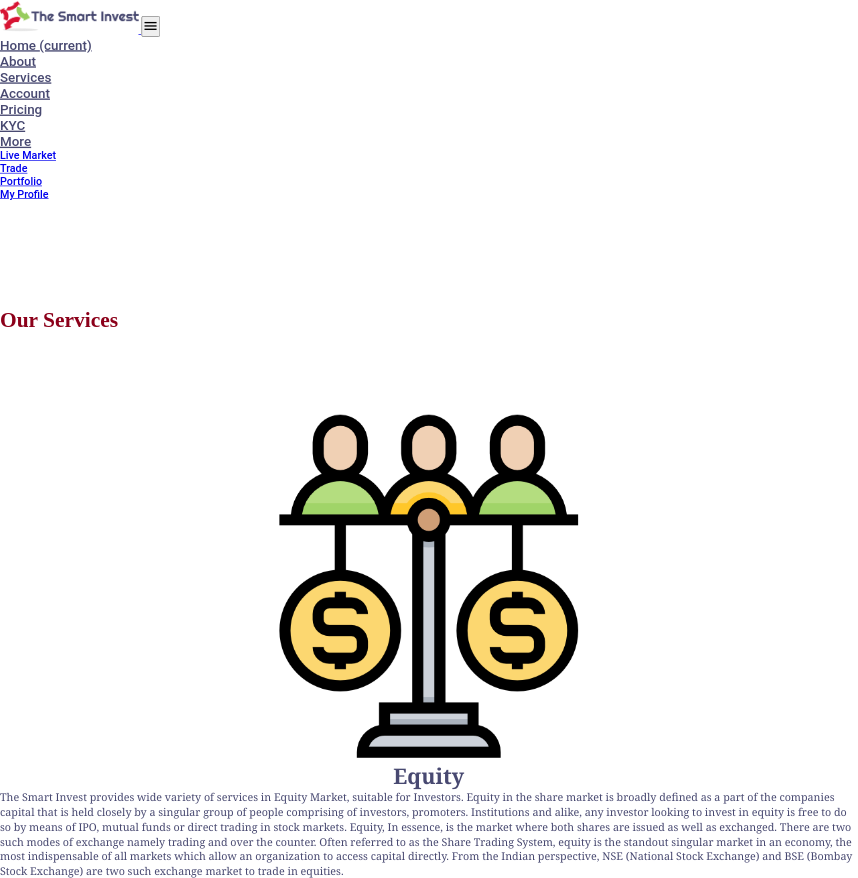
Repository: Demonster1999/Invest-Mart-new
Page: services.html
An editor plug-in stored every save of this project. The page is shown before and after the next save, followed by the edit.
The browser window is 1280 px wide. The pictures show the whole page, at 67% of full size.
Some web libraries are served in a nearby version.

Above is the page before, as saved 2020-05-01 21:37:56.
Console error: TypeError: Failed to execute 'addEventListener' on 'EventTarget': parameter 2 is not of type 'Object'.

### services.html
<!doctype html>
<html lang="en">

<head>
  <!-- Required meta tags -->
  <meta charset="utf-8">
  <meta name="viewport" content="width=device-width, initial-scale=1, shrink-to-fit=no">

  <!-- Material Design for Bootstrap fonts and icons -->
  <link rel="stylesheet" href="https://fonts.googleapis.com/css?family=Roboto:300,400,500,700|Material+Icons">

  <!-- Material Design for Bootstrap CSS -->
  <link rel="stylesheet"
    href="https://unpkg.com/bootstrap-material-design@4.1.1/dist/css/bootstrap-material-design.min.css"
    integrity="sha384-wXznGJNEXNG1NFsbm0ugrLFMQPWswR3lds2VeinahP8N0zJw9VWSopbjv2x7WCvX" crossorigin="anonymous">

    <link rel="stylesheet" href="static/css/custom.css">
  <title>Services: Invest-Smart</title>
</head>

<body style = "font-family : ROBOTO MEDIUM" onload="window.addEventListener('load', fadeEffect);">
  <!-- preloader start -->
<div class="preloader" style="opacity: 1;">
  <img src="static/imgs/preloaderspin.svg" class="filler-green" alt="spinner">
</div>
  <!-- preloader end  -->

  <!-- nav start -->

  <nav class="navbar navbar-expand-lg fixed-top   text-center   ">
     <a class="navbar-brand" href="#">
       <img src="static/imgs/smartlogo.png"  height = "50"
         class="d-inline-block align-top" alt="">

     </a>
  <button class="navbar-toggler" type="button" data-toggle="collapse" data-target="#navbarSupportedContent"
    aria-controls="navbarSupportedContent" aria-expanded="false" aria-label="Toggle navigation">
    <span class="navbar-toggler-icon material-icons">menu</span>
  </button>

    <div class="collapse navbar-collapse justify-content-end  " id="navbarSupportedContent">
      <ul class="navbar-nav ">
        <li class="nav-item active mx-2 p-2">
          <a class="nav-link2" href="index.html">Home <span class="sr-only">(current)</span></a>
        </li>

        <li class="nav-item mx-2  p-2">
          <a href="About.html" class="nav-link2">About</a>
        </li>
        <li class="nav-item mx-2 p-2"><a href="services.html" class="nav-link2 ">Services</a></li>
        <li class="nav-item mx-2 p-2"><a href="Account.html" class="nav-link2">Account</a></li>
        <li class="nav-item mx-2 p-2"><a href="pricing.html" class="nav-link2">Pricing</a> </li>
        <li class="nav-item mx-2 p-2">
          <a class="nav-link2 " href="kyc.html">KYC</a>
        </li>
        <li class="nav-item mx-2 p-2 dropdown">
          <a class="nav-link2 dropdown-toggle" href="#" id="navbarDropdown" role="button" data-toggle="dropdown"
            aria-haspopup="true" aria-expanded="false">
            More
          </a>
          <div class="dropdown-menu" style= "background-color : rgba(255,255,255,0.45)" aria-labelledby="navbarDropdown">
            <a class="dropdown-item" href="#">Live Market</a>
            <div class="dropdown-divider"></div>
            <a class="dropdown-item" href="#">Trade</a>
            <div class="dropdown-divider"></div>
            <a class="dropdown-item" href="#">Portfolio</a>
            <div class="dropdown-divider"></div>
            <a class="dropdown-item" href="#">My Profile</a>
          </div>
        </li>

      </ul>

    </div>
  </nav>

  <!--  services Banner  -->

  <div class="top-wrapper p-5 text-center ">

    <h1 >
      Our Services
    </h1>

  </div>

  <!-- services Provided
   -->
   <div class="services container-fluid pt-5 mt-5" style="color:#484971 ; font-family :Georgia, 'Times New Roman', Times, serif ;">
     <div class="row">
      <div class="col-md-6">
       <center>
        <img src="static/imgs/icons/equity.png" class="img-fluid m-2 p-2" width="40%" alt="">
        <h1 class=" p-2 m-2"> Equity </h1>
       </center>


       </div>
       <div class="col-md-6 p-5">
<p class="p-2 m-2 blockquote">
  The Smart Invest provides wide variety of services in Equity Market, suitable for Investors. Equity in the share
  market
  is broadly defined as a part of the companies capital that is held closely by a singular group of people comprising
  of
  investors, promoters. Institutions and alike, any investor looking to invest in equity is free to do so by means of
  IPO,
  mutual funds or direct trading in stock markets. Equity, In essence, is the market where both shares are issued as
  well
  as exchanged. There are two such modes of exchange namely trading and over the counter. Often referred to as the Share
  Trading System, equity is the standout singular market in an economy, the most indispensable of all markets which
  allow
  an organization to access capital directly. From the Indian perspective, NSE (National Stock Exchange) and BSE (Bombay
  Stock Exchange) are two such exchange market to trade in equities.
</p>
       </div>


     </div>
   </div>





    <script src="https://code.jquery.com/jquery-3.2.1.slim.min.js"
    integrity="sha384-KJ3o2DKtIkvYIK3UENzmM7KCkRr/rE9/Qpg6aAZGJwFDMVNA/GpGFF93hXpG5KkN"
    crossorigin="anonymous"></script>
  <script src="https://unpkg.com/popper.js@1.12.6/dist/umd/popper.js"
    integrity="sha384-fA23ZRQ3G/J53mElWqVJEGJzU0sTs+SvzG8fXVWP+kJQ1lwFAOkcUOysnlKJC33U"
    crossorigin="anonymous"></script>
  <script src="https://unpkg.com/bootstrap-material-design@4.1.1/dist/js/bootstrap-material-design.js"
    integrity="sha384-CauSuKpEqAFajSpkdjv3z9t8E7RlpJ1UP0lKM/+NdtSarroVKu069AlsRPKkFBz9"
    crossorigin="anonymous"></script>
  <script>$(document).ready(function () { $('body').bootstrapMaterialDesign(); });</script>
  <script>
    const preloader = document.querySelector('.preloader');
    const fadeEffect = setInterval(() => {
      // if we don't set opacity 1 in CSS, then
      // it will be equaled to "" -- that's why
      // we check it, and if so, set opacity to 1
      if (!preloader.style.opacity) {
        preloader.style.opacity = 1;
      }
      if (preloader.style.opacity > 0) {
        preloader.style.opacity -= 0.1;
        preloader.classList.add("loaded");
      } else {
        clearInterval(fadeEffect);
      }

    }, 100);



  </script>
</body>

</html>

### static/css/custom.css
* {
  margin: 0;
  padding: 0;
}

.overlay {
  position: fixed;
  top: 0;
  left: 0;
  width: 100%;
  height: 100%;
  z-index: 1000;
}

html,
body {
  height: 100%;
}

body::-webkit-scrollbar {
  width: 0;

}
/* Nav Style  */
.navbar{
  background-color: rgba(255,255,255,0.45);
}

a.nav-link2{
  font-weight: bolder;
  font-size: 20px;
  color:#484971;

  width:5%;
  transition: .5s;
}
 a.nav-link2:hover{
 color: hsl(351, 69%, 58%);
  font-weight: 900;
   font-size: 25px;

 width:100%;

}
.nav-item a.nav-link:active {
   color: hsl(351, 69%, 58%);
   font-weight: 900;
   font-size: 25px;
   border-bottom: solid #de4a61;
   width: 100%;

 }

 /* nav Styles End  */

/* Picture Caption Hover Effect  */
.container2 {
  position: relative;
  width: 50%;
}

.image {
  display: block;
  width: 100%;
  height: auto;
}

.overlay {
  position: absolute;
  bottom: 0;
  left: 0;
  right: 0;
  background-color: #fff;
  overflow: hidden;
  width: 100%;
  height: 0;
  transition: .5s ease;
}

.container2:hover .overlay {
  height: 100%;
}

.text {
  color: #484971;
  font-size: 15px;
  font-weight: bold;
  position: absolute;
  top: 50%;
  left: 50%;
  -webkit-transform: translate(-50%, -50%);
  -ms-transform: translate(-50%, -50%);
  transform: translate(-50%, -50%);
  text-align: justify;
}
/* Picture Caption hover Effect end  */

.carousel-inner {
  width: 100%;


}

/* main page Carousel */
.carousel-item img {
  opacity: 0.2;
  width: 100%;
  height : 640px;
  object-fit: cover;
}

/* carosel Caption for main page  */
.carousel-caption {
  position : absolute;
  text-align: center;
  top : 30%;
  position:absolute;
  z-index: 30px;

}

/* Position of Join us button and hover */
.pos {
  position: absolute;
  z-index: 60px;
  bottom : 0;
  right: 0;
  font-size: 25px;

}
.pos:hover{
     border: 1px solid #888;
    }


    /* preloader effect */
.preloader {
  align-items: center;
  background: #fff;
  display: flex;
  height: 100vh;
  justify-content: center;
  left: 0;
  position: fixed;
  top: 0;
  transition: opacity 0.3s linear;
  width: 100%;
  z-index: 9999;
  opacity: 1;
  transform: opacity 1s linear;


}
 .filter-green {
   fill: red;

 }
.preloader.loaded {

  display: none;
}

    /* preloader  */


    /* Top wrapper  */
.top-wrapper{
 width : 100%;
 height : 320px;
  background-color: #fff;

}
.top-wrapper h1{
  position: relative;
  color: #8C001A;
  top : 50%;
  filter: blur(1px);
  font-family: cursive;
}

.ourteam{
width:100%;
filter: blur(2px);
opacity: 0.5;

}

.ourteam-text2 {

  color: #484971;
  font-size: 20px;
  font-weight: 500;
  text-align: justify;
  font-family: Cambria,
    Cochin,
    Georgia,
    Times,
    'Times New Roman',
    serif;
}

.ourteam + h1{
  position: absolute;
  top: 40%;
  left : 20%;
  text-align: center;
  color: #8C001A;
  border-bottom: 5px #97cc5e solid;
  border-top: 5px #97cc5e solid;

}


.ourteam-text{

color:#484971;
font-size: 20px ;
font-weight: 500;
text-align: justify;
font-family: Cambria,
Cochin,
Georgia,
Times,
'Times New Roman',
serif;
}


.employee
{
 width: 100%;
 height : 640px;
 filter: drop-shadow(3px);

}

.employee + h1 {
  position: absolute;
  top: 50%;
  color: #fff;

}
@media only screen and (min-width: 768px){


.ourteam + h1 {
  position: absolute;
  top: 40%;
  left: 25%;
  text-align: center;
  font-size: 100px;
  font-family: cursive;
  z-index: 10px;

}

.ourteam-text {

  position: relative;
  top : 25%;
  font-size: xx-large;
}




}

After the next save:
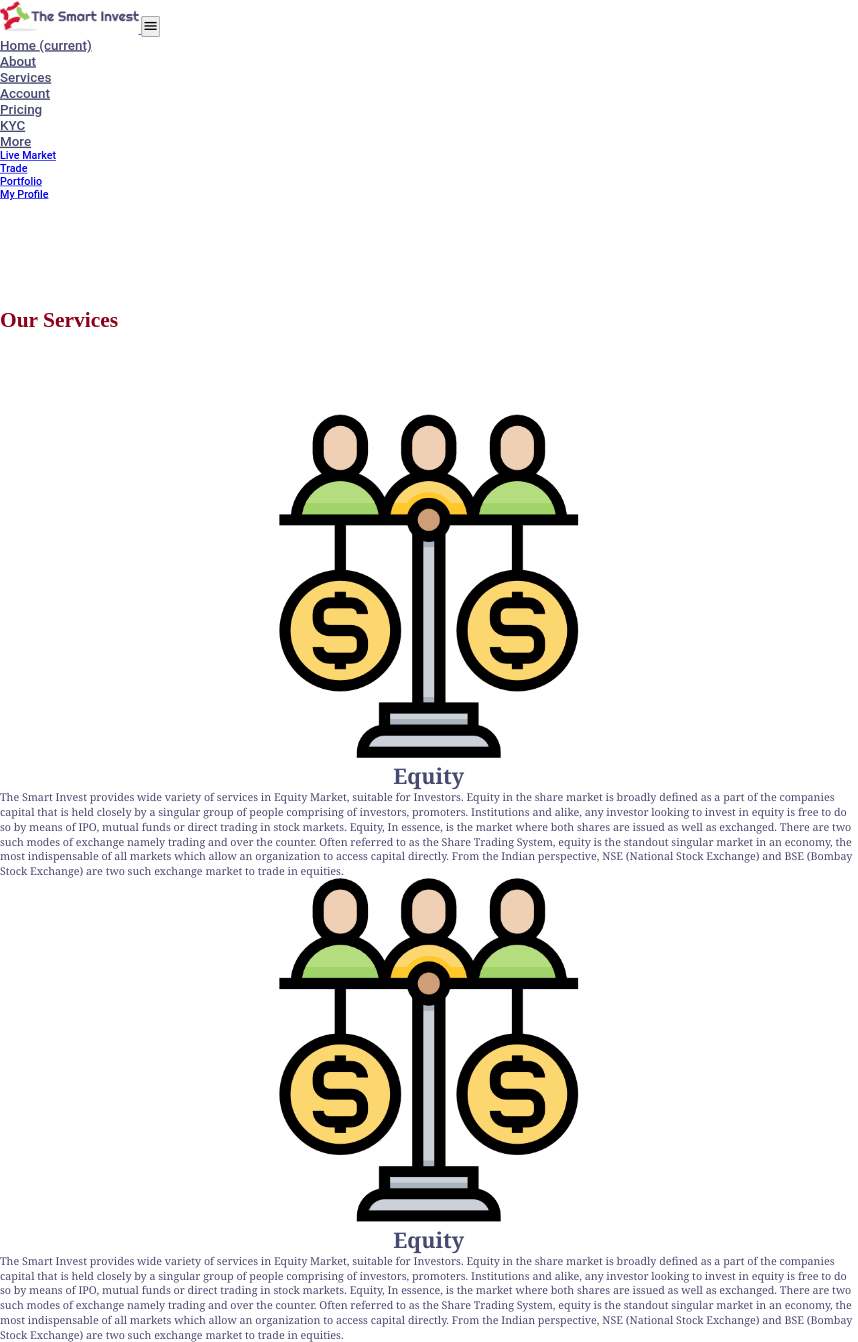
Saved 28 s later.
--- a/services.html
+++ b/services.html
@@ -117,6 +117,45 @@
 
      </div>
    </div>
+      <div class="services container-fluid pt-5 mt-5"
+        style="color:#484971 ; font-family :Georgia, 'Times New Roman', Times, serif ;">
+        <div class="row">
+          <div class="col-md-6">
+            <center>
+              <img src="static/imgs/icons/equity.png" class="img-fluid m-2 p-2" width="40%" alt="">
+              <h1 class=" p-2 m-2"> Equity </h1>
+            </center>
+
+
+          </div>
+          <div class="col-md-6 p-5">
+            <p class="p-2 m-2 blockquote">
+              The Smart Invest provides wide variety of services in Equity Market, suitable for Investors. Equity in the share
+              market
+              is broadly defined as a part of the companies capital that is held closely by a singular group of people
+              comprising
+              of
+              investors, promoters. Institutions and alike, any investor looking to invest in equity is free to do so by means
+              of
+              IPO,
+              mutual funds or direct trading in stock markets. Equity, In essence, is the market where both shares are issued
+              as
+              well
+              as exchanged. There are two such modes of exchange namely trading and over the counter. Often referred to as the
+              Share
+              Trading System, equity is the standout singular market in an economy, the most indispensable of all markets
+              which
+              allow
+              an organization to access capital directly. From the Indian perspective, NSE (National Stock Exchange) and BSE
+              (Bombay
+              Stock Exchange) are two such exchange market to trade in equities.
+            </p>
+          </div>
+
+
+        </div>
+      </div>
+
 
 
 
